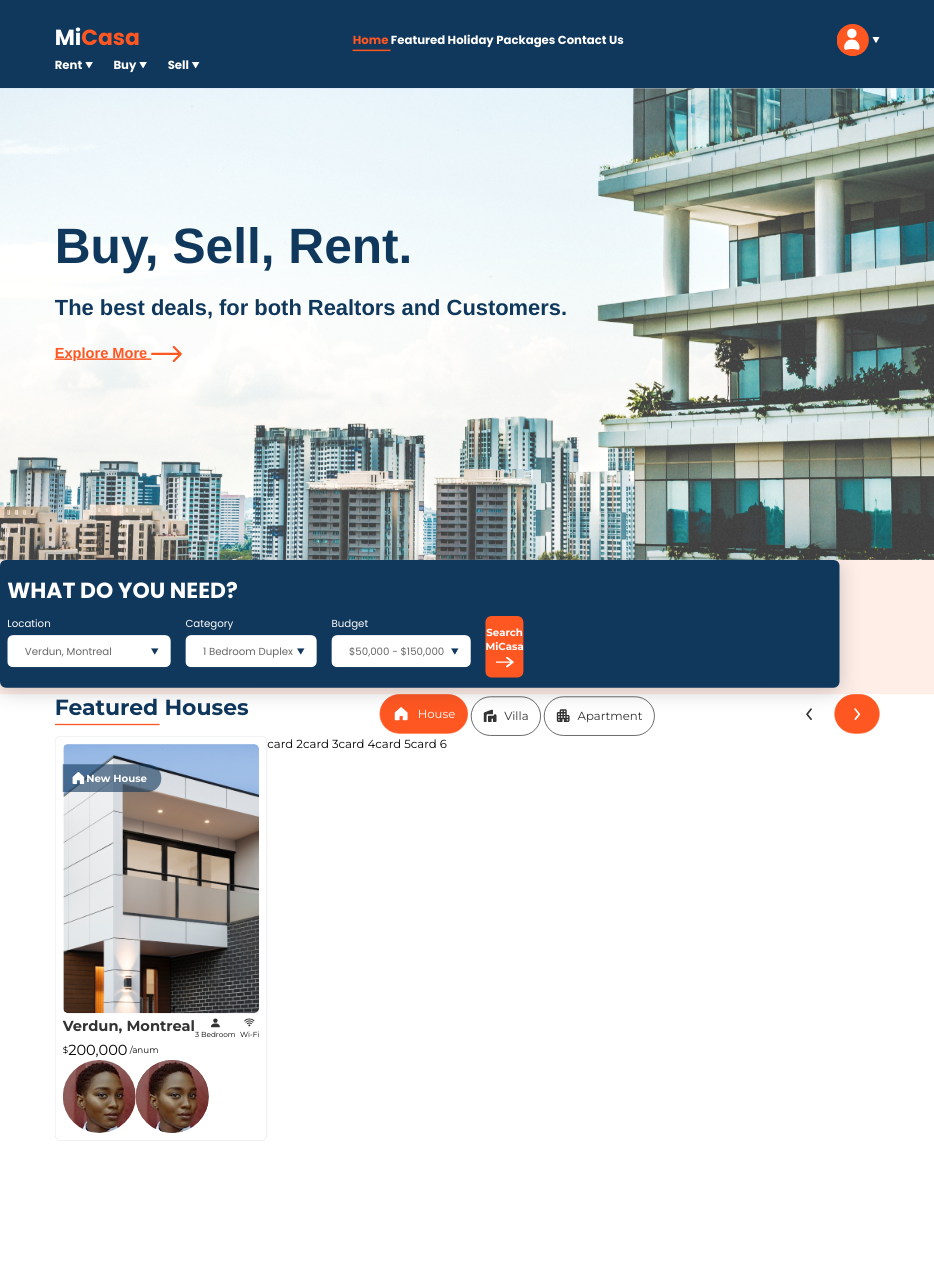
Repository: BenUnyolo/micasa-frontend
Page: index.html
These files come from the project's save history. The page is drawn as it stood at one moment and after the next save; the edit follows.
The browser window is 1280 px wide. The pictures show the whole page, at 73% of full size.

Above is the page before, as saved 2021-10-17 17:23:16.

After the next save:
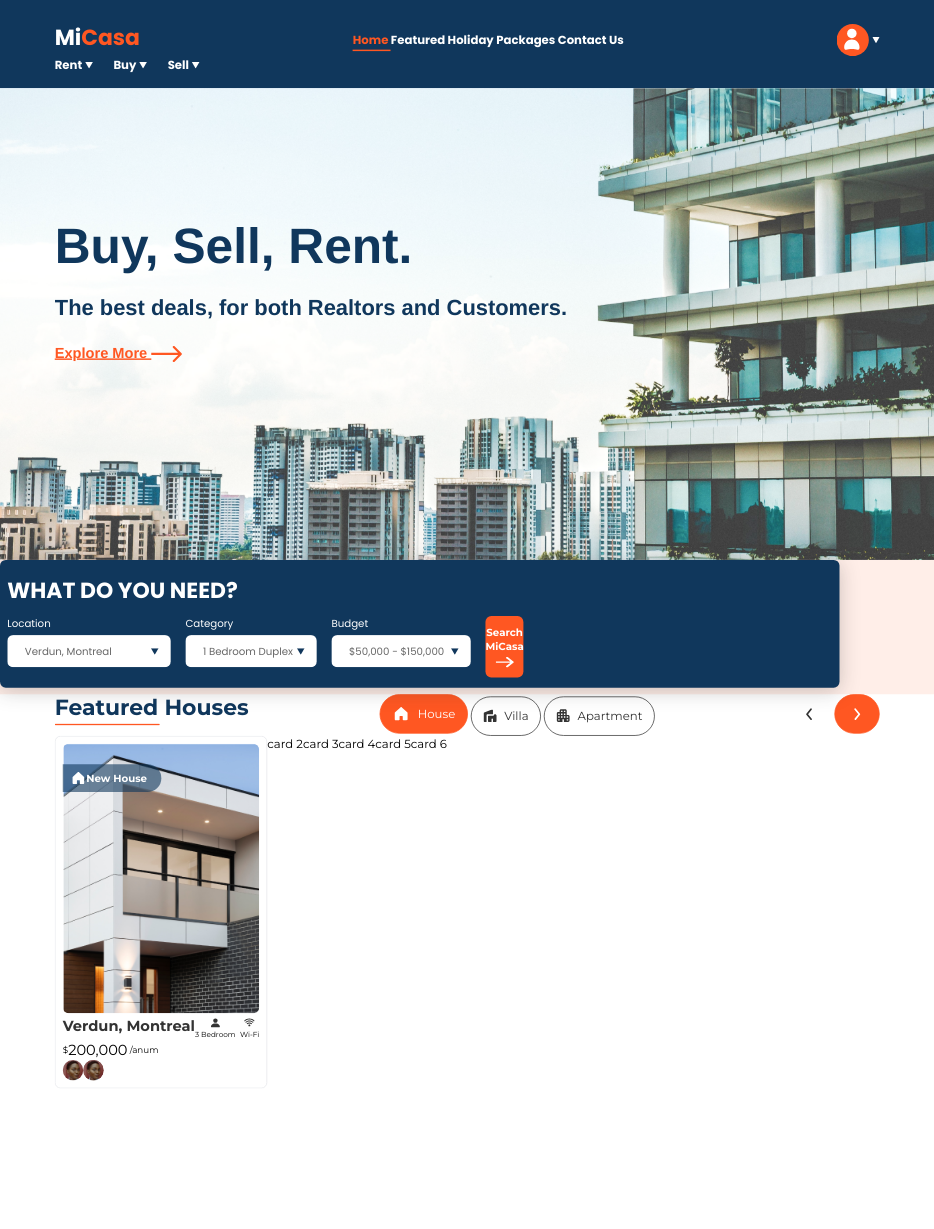
Saved 25 s later.
--- a/index.html
+++ b/index.html
@@ -426,7 +426,7 @@
           <div class="relative">
             <img
               src="assets/images/house_cards/placeholder_avatar_1.jpeg"
-              class="h-6.25 w-6.25 rounded-full object-cover inline-block"
+              class="inline-block object-cover rounded-full h-7 w-7"
               alt="user 1 avatar"
             />
             <img
@@ -434,8 +434,8 @@
               class="
                 absolute
                 left-3.5
-                h-6.25
-                w-6.25
+                h-7
+                w-7
                 rounded-full
                 object-cover
                 inline-block
@@ -444,15 +444,7 @@
             />
             <img
               src="assets/images/house_cards/placeholder_avatar_1.jpeg"
-              class="
-                absolute
-                left-7
-                h-6.25
-                w-6.25
-                rounded-full
-                object-cover
-                inline-block
-              "
+              class="absolute inline-block object-cover rounded-full  left-7 h-7 w-7"
               alt="user 1 avatar"
             />
           </div>
